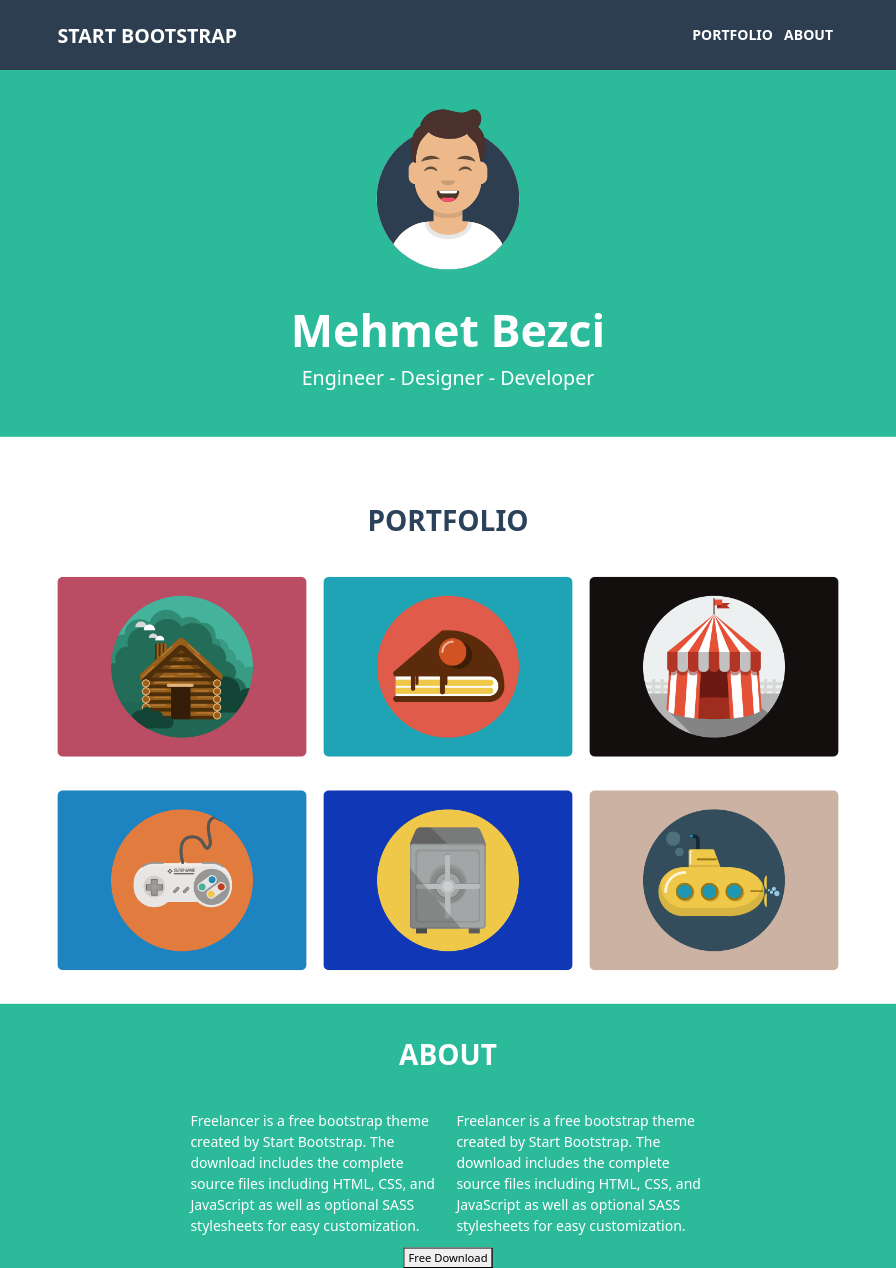
Repository: 7JaxeN7/WT-1255P-Mehmet_BEZC-
Page: index.html
These files come from the project's save history. The page is drawn as it stood at one moment and after the next save; the edit follows.
The browser window is 1280 px wide. The pictures show the whole page, at 70% of full size.

Above is the page before, as saved 2025-01-06 22:04:00.

### index.html
<!DOCTYPE html>
<html lang="tr">

<head>
  <meta charset="UTF-8">
  <meta name="viewport" content="width=device-width, initial-scale=1.0">
  <link rel="stylesheet" href="style.css">
  <link href="https://cdn.jsdelivr.net/npm/bootstrap@5.3.3/dist/css/bootstrap.min.css" rel="stylesheet"
    integrity="sha384-QWTKZyjpPEjISv5WaRU9OFeRpok6YctnYmDr5pNlyT2bRjXh0JMhjY6hW+ALEwIH" crossorigin="anonymous">
  <title>Start Bootstrap</title>
</head>

<body>
  <!-- Navbar -->
  <header>
    <nav class="navbar navbar-expand-lg navbar-bg">
      <div class="container pt-3 pb-3">
        <a class="navbar-brand text-white fw-bolder fs-3" href="#">START BOOTSTRAP</a>
        <button class="navbar-toggler" type="button" data-bs-toggle="collapse" data-bs-target="#navbarNav"
          aria-controls="navbarNav" aria-expanded="false" aria-label="Toggle navigation">
          <span class="navbar-toggler-icon"></span>
        </button>
        <div class="collapse navbar-collapse" id="navbarNav">
          <ul class="navbar-nav ms-auto">
            <li class="nav-item">
              <a class="nav-link text-white fw-bolder fs-5" href="#">PORTFOLIO</a>
            </li>
            <li class="nav-item">
              <a class="nav-link text-white fw-bolder fs-5" href="#">ABOUT</a>
            </li>
          </ul>
        </div>
      </div>
    </nav>
  </header>
  <!-- Herosection -->
  <div class="herosection-bg pt-5 pb-5">
    <div class="container text-center">
      <img src="/assets/img/avataaars.svg" width="20%" />
      <h1 class="mt-5 text-white fw-bolder display-3">Mehmet Bezci</h1>
      <p class="text-white fs-3">Engineer - Designer - Developer</p>
    </div>
  </div>
  <!-- Portfolio -->
  <div class="portfolio-section">
    <h2 class="text-center mt-5 pt-5 pb-5 fs-1 fw-semibold portfolio-tittle">PORTFOLIO</h2>
    <div class="container">
      <div class="row">
        <div class="col-12 col-md-6 col-lg-4 mb-5">
          <img src="/assets/img/cabin.png" class="img-fluid rounded-3">
        </div>
        <div class="col-12 col-md-6 col-lg-4 mb-5">
          <img src="/assets/img/cake.png" class="img-fluid rounded-3">
        </div>
        <div class="col-12 col-md-6 col-lg-4 mb-5">
          <img src="/assets/img/circus.png" class="img-fluid rounded-3">
        </div>
        <div class="col-12 col-md-6 col-lg-4 mb-5">
          <img src="/assets/img/game.png" class="img-fluid rounded-3">
        </div>
        <div class="col-12 col-md-6 col-lg-4 mb-5">
          <img src="/assets/img/safe.png" class="img-fluid rounded-3">
        </div>
        <div class="col-12 col-md-6 col-lg-4 mb-5">
          <img src="/assets/img/submarine.png" class="img-fluid rounded-3">
        </div>
      </div>
    </div>
  </div>
  <!-- About -->
  <div class="about-section">
    <div class="container">
      <h2 class="about-tittle fs-1 fw-semibold text-center pt-5 pb-5"> ABOUT</h2>
      <div class="row justify-content-center">
        <div class="col-lg-4 fs-5 text-white">
          <p>
            Freelancer is a free bootstrap theme created by Start Bootstrap. The download includes the complete source
            files including HTML, CSS, and JavaScript as well as optional SASS stylesheets for easy customization.
          </p>
        </div>
        <div class="col-lg-4 fs-5 text-white">
          <p>
            Freelancer is a free bootstrap theme created by Start Bootstrap. The download includes the complete source
            files including HTML, CSS, and JavaScript as well as optional SASS stylesheets for easy customization.
          </p>
        </div>
      </div>
      <div class="d-flex justify-content-center">
        <button>Free Download</button>
      </div>
    </div>
  </div>
  <!-- Burası bootstrap script kısmı -->
  <script src="https://cdn.jsdelivr.net/npm/bootstrap@5.3.3/dist/js/bootstrap.bundle.min.js"
    integrity="sha384-YvpcrYf0tY3lHB60NNkmXc5s9fDVZLESaAA55NDzOxhy9GkcIdslK1eN7N6jIeHz"
    crossorigin="anonymous"></script>
</body>

</html>

### style.css
.navbar-bg {
  background-color: #2d3e50 !important;
}
.herosection-bg{
    background-color: #2bbb9b ;
}
.portfolio-tittle{
    color: #2c425a;
}
.about-section{
    background-color: #2bbb9b ;
}
.about-tittle{
    color: #ffffff;
}

After the next save:
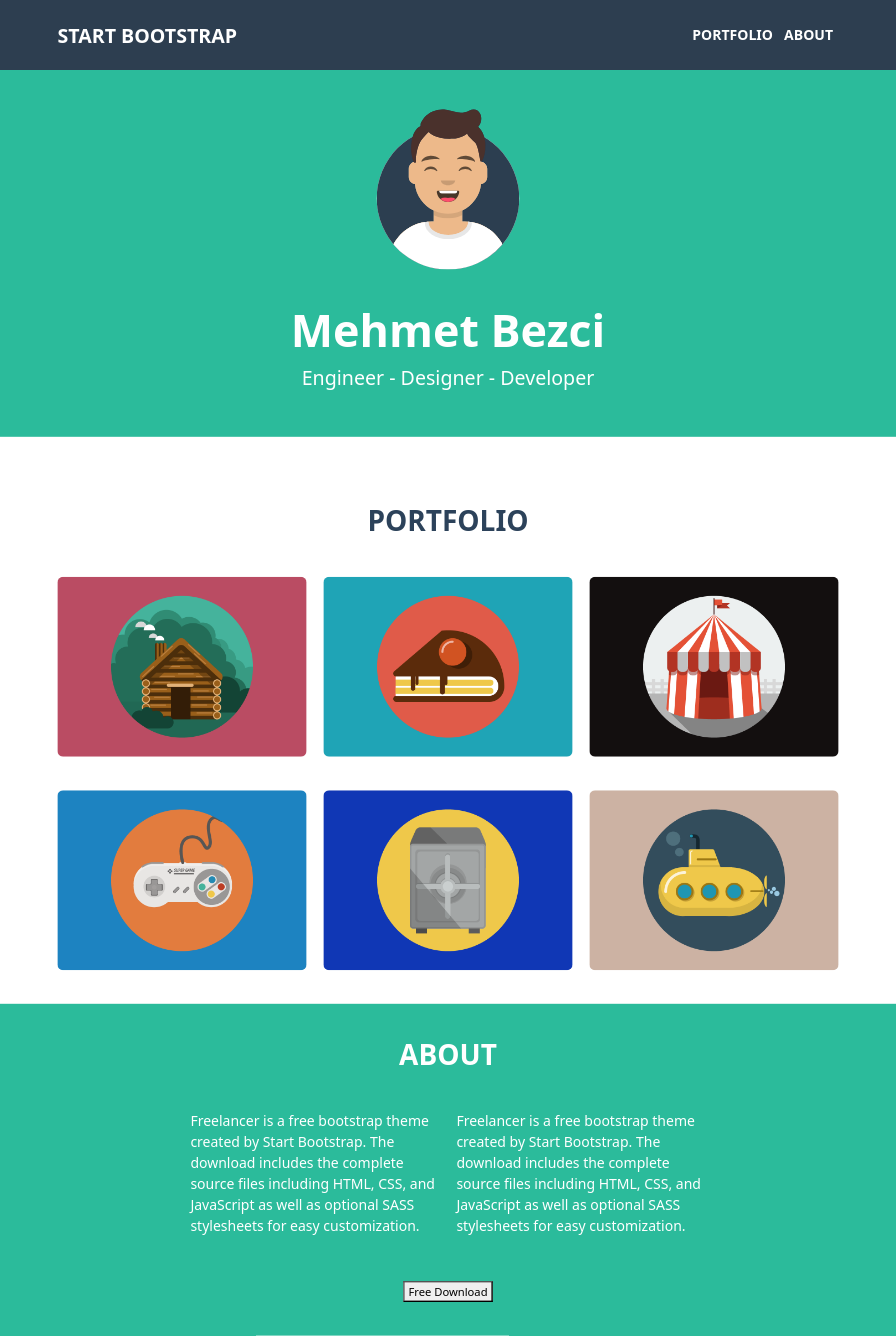
Saved 33 s later.
--- a/index.html
+++ b/index.html
@@ -86,7 +86,7 @@
         </div>
       </div>
       <div class="d-flex justify-content-center">
-        <button>Free Download</button>
+        <button class="mt-5 mb-5">Free Download</button>
       </div>
     </div>
   </div>
